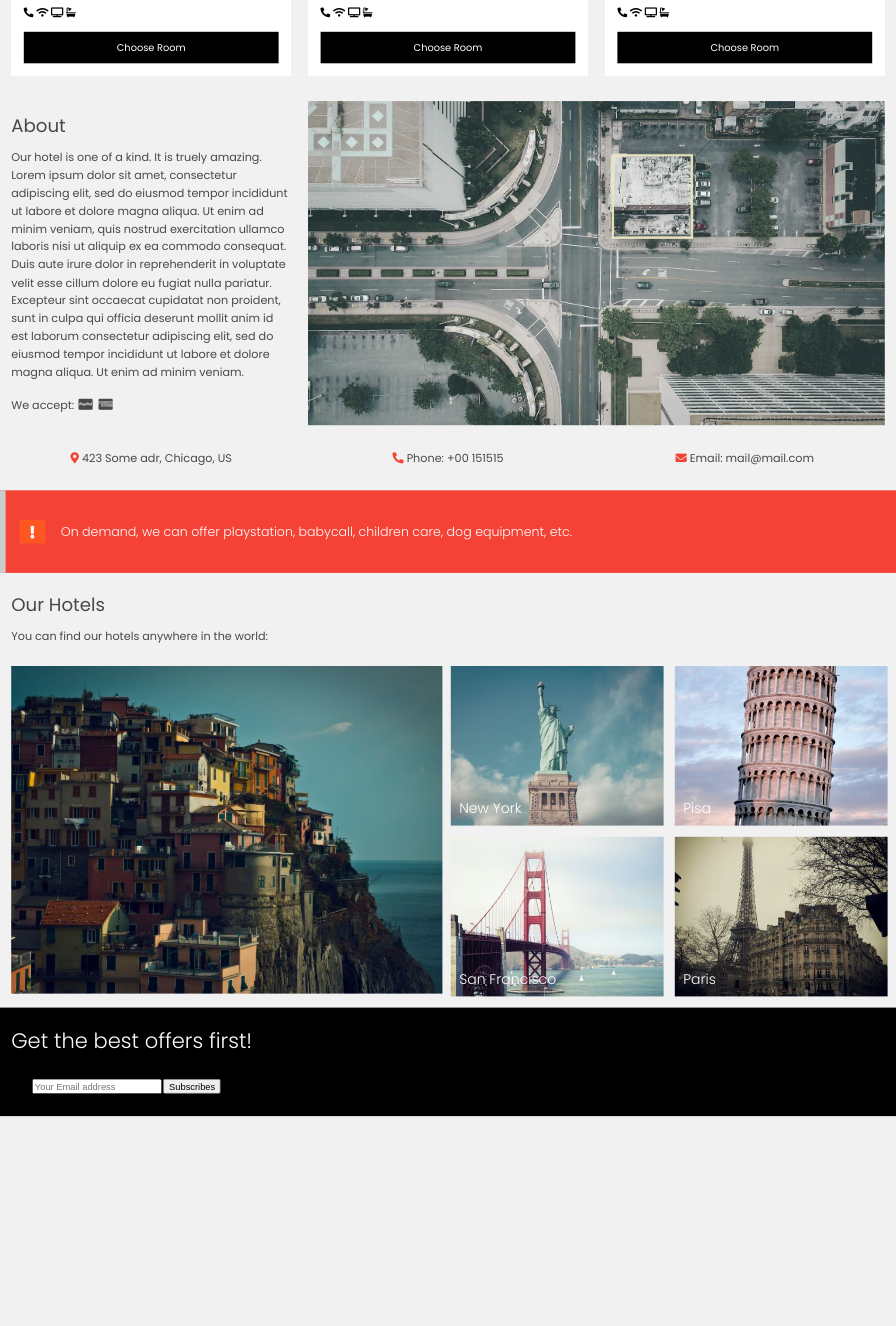
Repository: phamhuuloc/Travel_Template
Page: index.html
The author's editor kept a copy of each file at every save. The page is drawn from the files as they stood at one save, then again after a run of saves.
The browser window is 1280 px wide. The pictures show the part of the page from y = 1409 to 3329 px (the page is 3303 px tall before and 3329 px after), at 70% of full size.
The style sheet was rebuilt from its Sass, Less or Tailwind sources for each picture, by a compiler version that may differ from the author's.

Above is the page before, as saved 2021-09-18 15:55:50.

### index.html
<!DOCTYPE html>
<html lang="en">
  <head>
    <meta charset="UTF-8" />
    <meta http-equiv="X-UA-Compatible" content="IE=edge" />
    <meta name="viewport" content="width=device-width, initial-scale=1.0" />
    <title>Document</title>
    <!-- FONT AWESOME -->
    <link
      rel="stylesheet"
      href="https://cdnjs.cloudflare.com/ajax/libs/font-awesome/5.15.4/css/all.min.css"
      integrity="sha512-1ycn6IcaQQ40/MKBW2W4Rhis/DbILU74C1vSrLJxCq57o941Ym01SwNsOMqvEBFlcgUa6xLiPY/NS5R+E6ztJQ=="
      crossorigin="anonymous"
      referrerpolicy="no-referrer"
    />
    <!-- GOOGLE FONT -->
    <link
      href="https://fonts.googleapis.com/css2?family=Poppins:wght@50;300;400&display=swap"
      rel="stylesheet"
    />
    <!-- CSS -->
    <link rel="stylesheet" href="./assets/resets.css" />
    <link rel="stylesheet" href="./assets/grid.css" />
    <link rel="stylesheet" href="./assets/main.css" />
  </head>
  <body>
    <div class="grids">
      <header class="header">
        <div class="logo">
          <i class="fas fa-bed logo__icon"></i>
          Logo
        </div>
        <div class="header__menu">
          <ul class="header__menu-list">
            <li class="header__menu-item">Rooms</li>
            <li class="header__menu-item">About</li>
            <li class="header__menu-item">Contact</li>
          </ul>
          <button class="btn book-btn">Book Nows</button>
        </div>
      </header>
      <section class="intro">
        <img src="./assets/img/hotel.jpg" alt="" class="intro__img" />
        <form class="form-login">
          <div class="form-login__heading">
            <i class="fas fa-bed logo__icon intro-icon"></i>
            <h2 class="form-login__name">Hotel name</h2>
          </div>
          <div class="form-container">
            <div class="row">
              <div class="form__item col l-6">
                <label class="form__item-category">
                  <i class="far fa-calendar form__item-icon"></i>
                  Check Ins
                </label>
                <input
                  type="text"
                  class="form__item-input"
                  placeholder="DD MM YY"
                />
              </div>
              <div class="form__item col l-6">
                <label class="form__item-category">
                  <i class="far fa-calendar form__item-icon"></i>
                  Check Out
                </label>
                <input
                  type="text"
                  class="form__item-input"
                  placeholder="DD MM YY"
                />
              </div>
            </div>
            <div class="row">
              <div class="form__item col l-6">
                <label class="form__item-category">
                  <i class="fas fa-male form__item-icon"></i>
                  Adults
                </label>
                <input
                  type="number"
                  value="1"
                  min="1"
                  max="6"
                  class="form__item-input"
                />
              </div>
              <div class="form__item col l-6">
                <label class="form__item-category">
                  <i class="fas fa-child form__item-icon"></i>
                  Kids
                </label>
                <input
                  type="number"
                  value="0"
                  min="0"
                  max="6"
                  class="form__item-input"
                />
              </div>
            </div>
            <button class="search-btn">
              <i class="fas fa-search search-icon"></i>Search availability
            </button>
          </div>
        </form>
      </section>

      <section class="option-room">
        <div class="option-container">
          <h3 class="option-container__title">Rooms</h3>
          <span class="option-container__desc"
            >Make yourself at home is our slogan. We offer the best beds in the
            industry. Sleep well and rest well.</span
          >
          <!-- FORM LOGIN  -->
          <div class="form-container option-container__form">
            <div class="row">
              <div class="form__item col l-3">
                <label class="form__item-category">
                  <i class="far fa-calendar form__item-icon"></i>
                  Check Ins
                </label>
                <input
                  type="text"
                  class="form__item-input"
                  placeholder="DD MM YY"
                />
              </div>
              <div class="form__item col l-3">
                <label class="form__item-category">
                  <i class="far fa-calendar form__item-icon"></i>
                  Check Out
                </label>
                <input
                  type="text"
                  class="form__item-input"
                  placeholder="DD MM YY"
                />
              </div>
              <div class="form__item col l-2">
                <label class="form__item-category">
                  <i class="fas fa-male form__item-icon"></i>
                  Adults
                </label>
                <input
                  type="number"
                  value="1"
                  min="1"
                  max="6"
                  class="form__item-input"
                />
              </div>
              <div class="form__item col l-2">
                <label class="form__item-category">
                  <i class="fas fa-child form__item-icon"></i>
                  Kids
                </label>
                <input
                  type="number"
                  value="0"
                  min="0"
                  max="6"
                  class="form__item-input"
                />
              </div>
              <!-- BUTTON F0RM LOGIN -->
              <div class="form__item col l-2">
                <label class="form__item-category">
                  <i class="fas fa-search"></i> Search</label
                >
                <button class="search-btn search-btn--full">Search</button>
              </div>
            </div>
          </div>
          <div class="category-room">
            <ul class="category-room__list row">
              <li class="category-room__item col l-4">
                <img
                  src="./assets/img/room_single.jpg"
                  alt=""
                  class="category-room__img"
                />
                <div class="category-room__details">
                  <h3 class="category-room__title">Single Room</h3>
                  <span class="category-room__price">From $99</span>
                  <span class="category-room__charac">Single bed</span>
                  <span class="category-room__area">15m<sup>2</sup></span>
                  <span class="category-room__function">
                    <i class="fas fa-phone-alt"></i>
                    <i class="fas fa-wifi"></i>
                    <i class="fas fa-tv"></i>
                    <i class="fas fa-bath"></i>
                  </span>
                  <button class="btn btn-choose">Choose Room</button>
                </div>
              </li>
              <li class="category-room__item col l-4">
                <img
                  src="./assets/img/room_double.jpg"
                  alt=""
                  class="category-room__img"
                />
                <div class="category-room__details">
                  <h3 class="category-room__title">Double Room</h3>
                  <span class="category-room__price">From $99</span>
                  <span class="category-room__charac">Single bed</span>
                  <span class="category-room__area">25m<sup>2</sup></span>
                  <span class="category-room__function">
                    <i class="fas fa-phone-alt"></i>
                    <i class="fas fa-wifi"></i>
                    <i class="fas fa-tv"></i>
                    <i class="fas fa-bath"></i>
                  </span>
                  <button class="btn btn-choose">Choose Room</button>
                </div>
              </li>
              <li class="category-room__item col l-4">
                <img
                  src="./assets/img/room_deluxe.jpg"
                  alt=""
                  class="category-room__img"
                />
                <div class="category-room__details">
                  <h3 class="category-room__title">Deluxe Room</h3>
                  <span class="category-room__price">From $99</span>
                  <span class="category-room__charac">Single bed</span>
                  <span class="category-room__area">40m<sup>2</sup></span>
                  <span class="category-room__function">
                    <i class="fas fa-phone-alt"></i>
                    <i class="fas fa-wifi"></i>
                    <i class="fas fa-tv"></i>
                    <i class="fas fa-bath"></i>
                  </span>
                  <button class="btn btn-choose">Choose Room</button>
                </div>
              </li>
            </ul>
          </div>
        </div>
      </section>
      <section class="local">
        <div class="row">
          <div class="local__container col l-4">
            <h4 class="local__title">About</h4>
            <p class="local__detail">
              Our hotel is one of a kind. It is truely amazing. Lorem ipsum
              dolor sit amet, consectetur adipiscing elit, sed do eiusmod tempor
              incididunt ut labore et dolore magna aliqua. Ut enim ad minim
              veniam, quis nostrud exercitation ullamco laboris nisi ut aliquip
              ex ea commodo consequat. Duis aute irure dolor in reprehenderit in
              voluptate velit esse cillum dolore eu fugiat nulla pariatur.
              Excepteur sint occaecat cupidatat non proident, sunt in culpa qui
              officia deserunt mollit anim id est laborum consectetur adipiscing
              elit, sed do eiusmod tempor incididunt ut labore et dolore magna
              aliqua. Ut enim ad minim veniam.
            </p>
            <p class="local__payment-methods">
              We accept:
              <i class="fab fa-cc-paypal local__payment-icon"></i>
              <i class="fab fa-cc-amex local__payment-icon"></i>
            </p>
          </div>
          <img src="./assets/img/map.jpg" alt="" class="col l-8 local__img" />
        </div>
        <div class="local__contact row">
          <div class="local__contact-item col l-4">
            <i class="fas fa-map-marker-alt local__contact-icon"></i>
            423 Some adr, Chicago, US
          </div>
          <div class="local__contact-item col l-4">
            <i class="fas fa-phone-alt local__contact-icon"></i>
            Phone: +00 151515
          </div>
          <div class="local__contact-item col l-4">
            <i class="fas fa-envelope local__contact-icon"></i>
            Email: mail@mail.com
          </div>
        </div>
      </section>
      <div class="demand">
        <i class="fas fa-exclamation demand__icon"></i>
        <p class="demand__desc">
          On demand, we can offer playstation, babycall, children care, dog
          equipment, etc.
        </p>
      </div>
      <section class="our-hotels">
        <h3 class="our-hotels__title">Our Hotels</h3>
        <p class="our-hotels__desc">
          You can find our hotels anywhere in the world:
        </p>
        <div class="row sm-gutter">
          <div class="col l-6">
            <img
              src="./assets/img/cinqueterre.jpg"
              alt=""
              class="our-hotel__img"
            />
          </div>
          <div class="col l-6">
            <div class="our-hotel__extend">
              <div class="row our-hotels__extend-item">
                <div class="our-hotels__container col l-6">
                  <img src="./assets/img/newyork2.jpg" alt="" class="" />
                  <span class="our-hotels__container-name">New York</span>
                </div>
                <div class="our-hotels__container col l-6">
                  <img src="./assets/img/pisa.jpg" alt="" class="" />
                  <span class="our-hotels__container-name">Pisa</span>
                </div>
              </div>
              <div class="row our-hotels__extend-item">
                <div class="our-hotels__container col l-6">
                  <img src="./assets/img/sanfran.jpg" alt="" class="" />
                  <span class="our-hotels__container-name">San Francisco</span>
                </div>
                <div class="our-hotels__container col l-6">
                  <img src="./assets/img/paris.jpg" alt="" class="" />
                  <span class="our-hotels__container-name">Paris</span>
                </div>
              </div>
            </div>
          </div>
        </div>
      </section>
      <section class="offers">
        <h3 class="offers__title">Get the best offers first!</h3>
        <p class="offers__desc">Join our newsletter.</p>
        <label for="" class="offers__email">Email</label>
        <input
          type="text"
          class="offers__input"
          placeholder="Your Email address"
        />
        <button>Subscribes</button>
      </section>
    </div>
  </body>
</html>

### assets/main.scss
$primary-color: #f44336;
$secondary-color: #0000;
$text-color: #484848;
$hover-color: #ccc;

@mixin flex($align: center, $justify: space-between) {
  display: flex;
  align-items: $align;
  justify-content: $justify;
}
* {
  box-sizing: border-box;
}
html {
  font-size: 62.5%;
}
body {
  background-color: #f1f1f1;
  font-family: "Poppins", sans-serif;
  margin-bottom: 30rem;
}
ul {
  list-style: none;
}
img {
  display: block;
  width: 100%;
}
a {
  text-decoration: none;
}
sup {
  font-size: 75%;
  position: relative;
  line-height: 0;
  top: -0.5em;
  vertical-align: baseline;
}
.btn {
  font-family: "Poppins", sans-serif;
  @include flex(center, center);
  height: inherit;
  outline: none;
  cursor: pointer;
  border: 0;
}
.btn:hover {
  background-color: $hover-color;
  color: #000;
}

//HEADER
.header {
  display: flex;
  align-items: center;
  height: 4.4rem;
  background-color: white;
  font-size: 2rem;

  .logo {
    background-color: $primary-color;
    height: 100%;
    cursor: pointer;
    color: white;
    @include flex();
    padding: 1.4rem 1.8rem;

    &__icon {
      margin-right: 2rem;
    }
  }
  .logo:hover {
    background-color: $hover-color;
    color: $text-color;
  }
  &__menu {
    display: flex;
    @include flex();
    height: 100%;
    width: 100%;
    &-list {
      @include flex();
      height: 100%;
    }
    &-item {
      @include flex();
      padding: 0 2rem;
      height: 100%;
      cursor: pointer;
      color: $text-color;
      &:hover {
        background-color: #ccc;
      }
    }
  }
  .book-btn {
    background-color: #f1f1f1;
    padding: 1.4rem 1.6rem;
    color: $text-color;
    font-size: 2rem;
  }
  .book-btn:hover {
    background-color: #ccc;
    cursor: pointer;
  }
}
// SECTION INTRO
.intro {
  position: relative;
  margin-bottom: 3.8rem;
  &-icon {
    padding: 0 1.8rem;
  }
  .form-login {
    width: 64.4rem;
    position: absolute;
    top: 50%;
    left: 2rem;
    background-color: #fff;
    transform: translateY(-50%);

    &__heading {
      display: flex;
      align-items: center;

      width: 100%;
      height: 6.4rem;
      background-color: $primary-color;
      color: white;
      font-size: 3rem;
    }
  }
}
.form-container {
  padding: 1.6rem;
  .search-btn {
    font-family: "Poppins", sans-serif;
    padding: 1rem 1.6rem;
    margin-top: 8px;
    border: 0;

    outline: none;
    cursor: pointer;

    background-color: #616161;
    font-size: 1.5rem;
    color: white;
  }
  .search-btn--full {
    width: 100%;
    margin: 0;
    background-color: #000;
    color: white;
    padding: 6px 0;
  }
  .search-btn:hover {
    background-color: #ccc;
    color: $text-color;
  }
  .search-icon {
    padding-right: 2rem;
  }
}
.form__item {
  display: flex;
  flex-direction: column;
  margin-bottom: 1.6rem;
  &-category {
    font-size: 1.6rem;
    margin-bottom: 4px;
    color: $text-color;
  }
  &-input {
    padding: 1rem;
    border: 1px solid #dedede;
  }
}
.option-container {
  padding: 1.6rem;
  margin-bottom: 2rem;
  &__title {
    font-size: 2.2rem;
    margin-bottom: 3rem;
    color: $text-color;
  }
  &__desc {
    display: block;
    font-size: 1.6rem;
    margin-bottom: 2rem;
    color: $text-color;
  }
  &__form {
    padding: 1.6rem 0;
  }
}
.category-room {
  &__details {
    padding: 1.8rem;
    display: flex;
    flex-direction: column;
    background-color: white;
  }
  &__title {
    font-size: 2.6rem;
    margin-bottom: 2rem;
    color: #484848;
  }
  &__price {
    font-size: 1.6rem;
    color: #999;
    margin-bottom: 2rem;
  }
  &__charac {
    font-size: 1.4rem;
    margin-bottom: 2rem;
  }
  &__area {
    font-size: 1.6rem;
    margin-bottom: 2.8rem;
  }
  &__function {
    font-size: 1.4rem;
    margin-bottom: 2rem;
  }
  .btn-choose {
    padding: 1.2rem 0;
    background-color: #000;
    color: white;
    font-size: 1.4rem;
  }
  .btn-choose:hover {
    background-color: $hover-color;
    color: $text-color;
  }
}
.local {
  padding: 0 1.6rem;
  &__title {
    font-size: 2.6rem;
    margin-top: 2.2rem;
    margin-bottom: 2rem;
    color: $text-color;
  }
  &__detail {
    font-size: 1.6rem;
    line-height: 1.6;
    margin-bottom: 2.4rem;
    color: $text-color;
  }
  &__payment-methods {
    font-size: 1.6rem;
    color: $text-color;
  }
  &__payment-icon {
    font-size: 1.8rem;
    margin: 0 2px;
  }
  &__img {
    filter: grayscale(75%);
  }
  &__contact {
    padding: 3.8rem 0;
    &-icon {
      color: $primary-color;
      font-size: 1.6rem;
    }
    &-item {
      text-align: center;
      font-size: 1.6rem;
      color: $text-color;
    }
  }
}
.demand {
  padding: 4.2rem 0 4.2rem 2rem;
  background-color: $primary-color;
  border-left: 8px solid #ccc;
  @include flex(center, none);
  margin-bottom: 3.2rem;
  &__icon {
    color: white;
    font-size: 1.8rem;
    padding: 8px 15px;
    background-color: #ff5722;
    margin-right: 2.2rem;
  }
  &__desc {
    font-size: 1.8rem;
    color: white;
    font-weight: 350;
  }
}
.our-hotels {
  padding: 0 1.6rem;
  &__title {
    font-size: 2.6rem;
    color: $text-color;
    margin-bottom: 2.5rem;
  }
  &__desc {
    display: block;
    margin-bottom: 3.4rem;
    color: $text-color;
    font-size: 1.6rem;
  }
  &__extend {
    &-item {
      margin-bottom: 16px;
    }
  }
  &__container {
    position: relative;
    &-name {
      position: absolute;
      left: 0;
      bottom: 0;

      padding: 1.5rem 2rem;
      font-size: 2rem;
      font-weight: 350;
      color: white;
    }
  }
}
.offers {
  background-color: #000;
  padding: 3.2rem 1.6rem;
  &__title {
    color: white;
    font-size: 3rem;
    font-weight: 350;
    margin-bottom: 3rem;
  }
}

Loaded but not shown: assets/resets.css (common file); assets/grid.css (430 lines, source omitted)

After the next 2 saves:
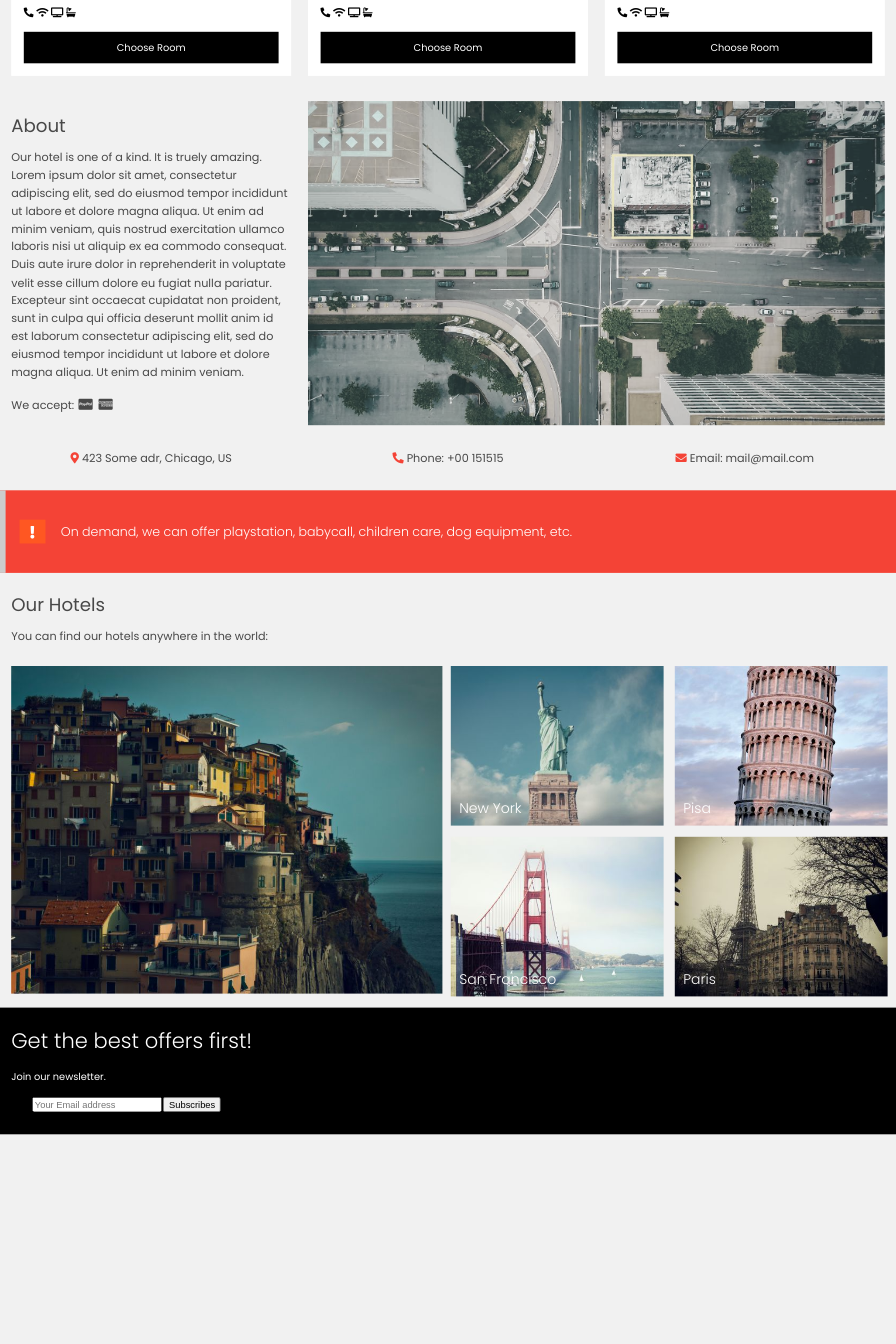
The 2 saves are shown as one change because they came seconds apart.
The last was saved 70 s later.
--- a/assets/main.scss
+++ b/assets/main.scss
@@ -331,4 +331,9 @@ sup {
     font-weight: 350;
     margin-bottom: 3rem;
   }
-}
+  &__desc {
+    color: white;
+    font-size: 1.4rem;
+    margin-bottom: 2.2rem;
+  }
+}
